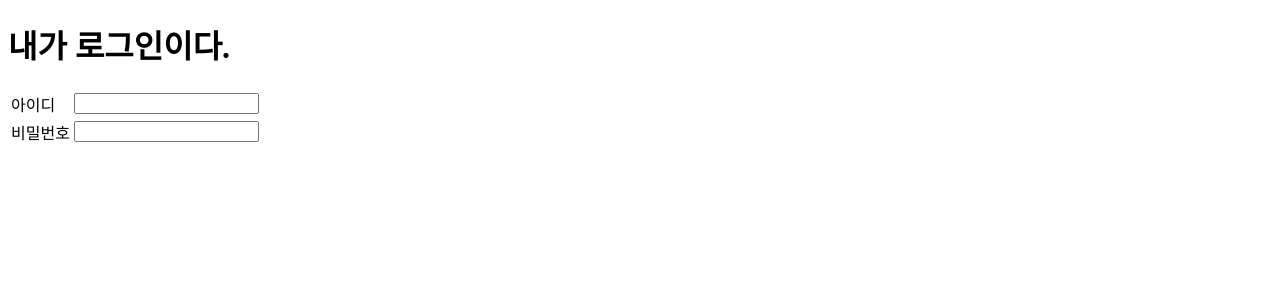
Repository: Yousehyeon/spring_work
Page: stsMvcProj/src/main/webapp/views/session/loginMain.html
These files come from the project's save history. The page is drawn as it stood at one moment and after the next save; the edit follows.
The browser window is 1280 px wide. The pictures show the whole page.

Above is the page before, as saved 2023-08-23 04:10:19.

### stsMvcProj/src/main/webapp/views/session/loginMain.html
<!DOCTYPE html>
<html xmlns="www.thymeleaf.org">
<head>
<meta charset="UTF-8">
<title>session/view</title>
</head>
<body>
<h1>내가 로그인이다.</h1>
<form action="loginReg">
	<table>
		<tr>
			<td>아이디</td>
			<td><input type="text" name="pid"></td>
		</tr>
		<tr>
			<td>비밀번호</td>
			<td><input type="text" name="pw"></td>
		</tr>
	</table>
</form>
</body>
</html>

After the next save:
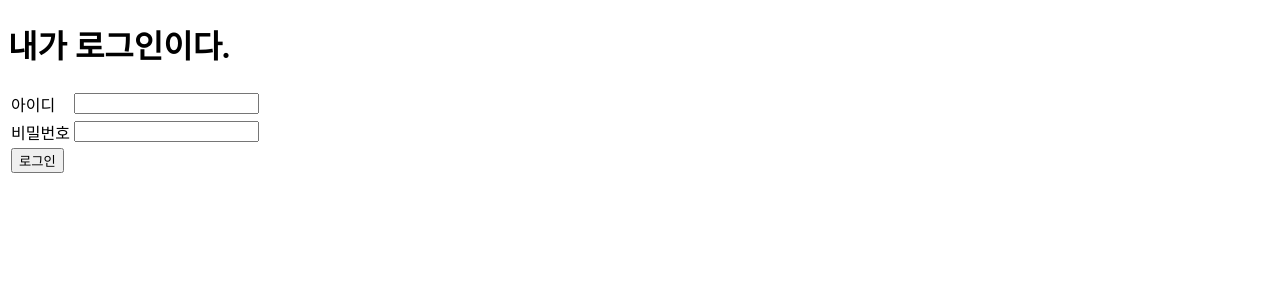
Saved 17 s later.
--- a/stsMvcProj/src/main/webapp/views/session/loginMain.html
+++ b/stsMvcProj/src/main/webapp/views/session/loginMain.html
@@ -16,6 +16,11 @@
 			<td>비밀번호</td>
 			<td><input type="text" name="pw"></td>
 		</tr>
+		<tr>
+			<td>
+				<input type="submit" value="로그인">
+			</td>
+		</tr>
 	</table>
 </form>
 </body>
